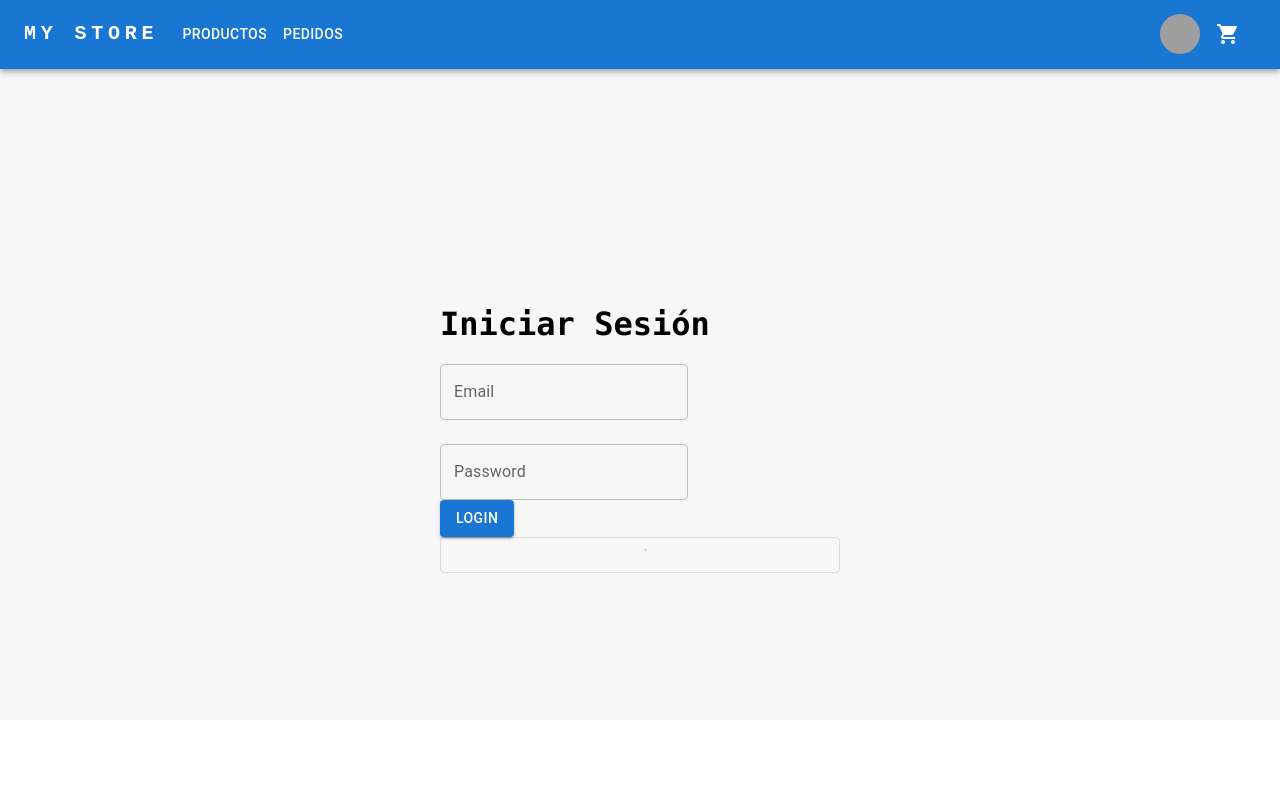
Repository: DanielBorussia/front-my-store
Page: /login
These files come from the project's save history. The page is drawn as it stood at one moment and after a run of saves; the edit follows.
The browser window is 1280 px wide. The pictures show the whole page.
Pictures or frames that could not be fetched are drawn as grey boxes. The project was rebuilt for these pictures with package versions that can differ from the ones it lists, and the page was loaded fresh each time. Also part of the build but not shown: src/components/OrderItem.js, src/containers/MyOrderPreview.js, src/components/ProductItem.js, src/hooks/useGetProducts.js, src/shared/Loading.js, src/containers/ProductList.js, src/pages/Home.js, src/styles/ShoppingItem.scss and 2 more.

Above is the page before, as saved 2023-07-02 14:36:51.

After the next 2 saves:
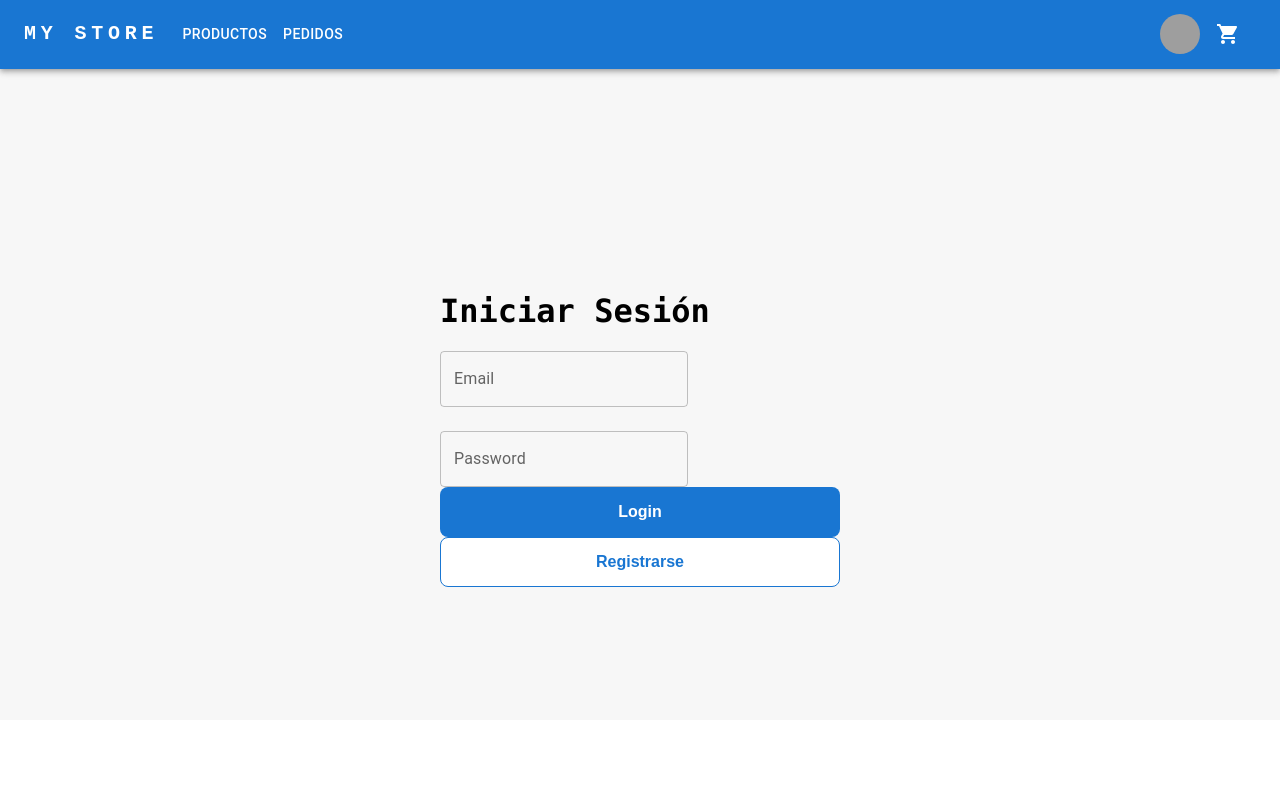
The 2 saves are shown as one change because 1 did not build or start.
The last was saved 68 s later.
--- a/src/components/Login.js
+++ b/src/components/Login.js
@@ -1,7 +1,6 @@
 import React, { useRef } from 'react';
 import '../styles/Login.scss';
-import { Box, Button, Grid, TextField } from '@mui/material';
-import LoadingButton from '@mui/lab/LoadingButton';
+import { Button, Grid, TextField, Box } from '@mui/material';
 
 const Login = () => {
     const form = useRef(null);
@@ -28,17 +27,13 @@ const Login = () => {
 						<TextField id="outlined-basic" type="password" label="Password" placeholder="*********" variant="outlined" />
 					</Grid>
 				</Grid>
-				<Button variant="contained" className="" color='primary' onClick={handleSubmit}>
+				<button className="button__primary button__login" onClick={handleSubmit}>
 					Login
-				</Button>
+				</button>
 				</form>
-				<LoadingButton
-					loading={true}
-					variant="outlined"
-					disabled
-					>
-					<span>Registrarse</span>
-				</LoadingButton>
+				<button className="button__secondary">
+					Registrarse
+				</button>
 			</Box>
 		</Box>
     );
